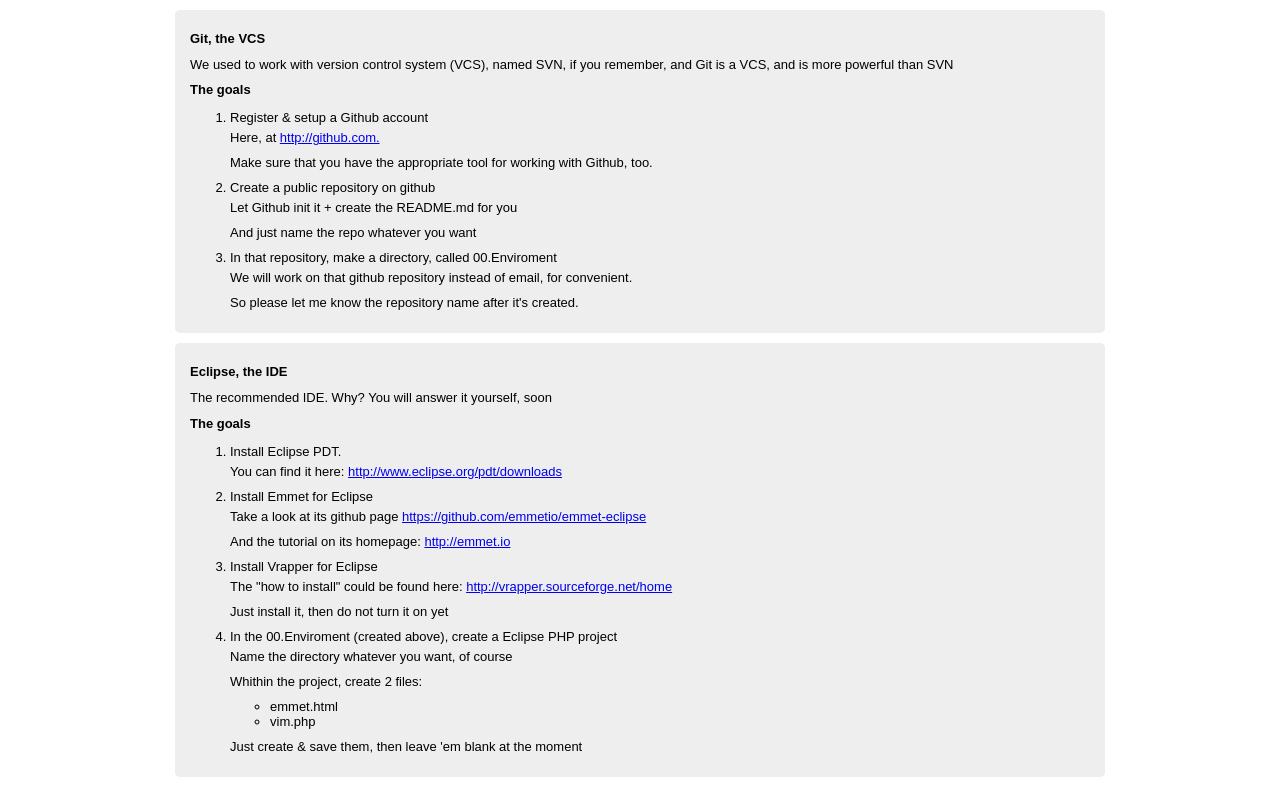
Repository: mrdo2010vn/00.enviroment
Page: 00.TestingEnviroment/emmet.html
These files come from the project's save history. The page is drawn as it stood at one moment and after the next save; the edit follows.
The browser window is 1280 px wide. The pictures show the whole page.

Above is the page before, as saved 2013-09-25 08:50:33.

### 00.TestingEnviroment/emmet.html
<!DOCTYPE html PUBLIC "-//W3C//DTD HTML 4.01 Transitional//EN" "http://www.w3.org/TR/html4/loose.dtd">
<html>
<head>
<meta http-equiv="Content-Type" content="text/html; charset=UTF-8">
<link rel="stylesheet" href="css/style.css" />
<title>00.Enviroment</title>
</head>
<body>
	<div class="part">
		<div class="title">
			<h2><span class="underscore">Git</span>, the VCS</h2>
			<p>We used to work with version control system (VCS), named SVN, if you remember, and Git is a VCS, and is more powerful than SVN</p>
		</div><!-- END .title -->
		<div class="content">
			<h2>The goals</h2>
			<ol>
				<li><span class="italic">Register & setup a Github account</span>
					<blockquote>
						<p>Here, at <a href="http://github.com">http://github.com.</a></p>
						<p>Make sure that you have the appropriate tool for working with Github, too.</p>
					</blockquote>
				</li>

				<li><span class="italic">Create a public repository on github</span>
					<blockquote>
						<p>Let Github init it + create the <span class="bold">README.md</span> for you</p>
						<p>And just name the repo whatever you want</p>
					</blockquote>
				</li>
				<li><span class="italic">In that repository, make a directory, called</span> <span class="bold italic">00.Enviroment</span>
					<blockquote>
						<p>We will work on that github repository instead of email, for convenient.</p>
						<p>So please let me know the repository name after it's created.</p>
					</blockquote>
				</li>
			</ol>
		</div><!-- END .content -->
	</div><!-- END .part -->

	<div class="part">
		<div class="title">
			<h2><span class="underscore">Eclipse</span>, the IDE</h2>
			<p>The recommended IDE. Why? You will answer it yourself, soon</p>
		</div><!-- END .title -->
		<div class="content">
			<h2>The goals</h2>
			<ol>
				<li><span class="italic">Install Eclipse PDT.</span>
					<blockquote>
						<p>You can find it here: <a href="http://www.eclipse.org/pdt/downloads">http://www.eclipse.org/pdt/downloads</a></p>
					</blockquote>
				</li>

				<li><span class="italic">Install Emmet for Eclipse</span>
					<blockquote>
						<p>Take a look at its github page <a href="https://github.com/emmetio/emmet-eclipse">https://github.com/emmetio/emmet-eclipse</a></p>
						<p>And the tutorial on its homepage: <a href="http://emmet.io">http://emmet.io</a></p>
					</blockquote>
				</li>
				<li><span class="italic">Install Vrapper for Eclipse</span>
					<blockquote>
						<p>The "how to install" could be found here: <a href="http://vrapper.sourceforge.net/home">http://vrapper.sourceforge.net/home</a></p>
						<p>Just install it, then <span class="bold">do not turn it on</span> yet</p>
					</blockquote>
				</li>
				<li><span class="italic">In the <span class="bold">00.Enviroment</span> (created above), create a Eclipse PHP project</span>
					<blockquote>
						<p>Name the directory whatever you want, of course</p>
						<p>Whithin the project, create 2 files:
							<ul>
								<li class="bold">emmet.html</li>
								<li class="bold">vim.php</li>
							</ul>
						</p>
						<p>Just create & save them, then leave 'em blank at the moment</p>
					</blockquote>
				</li>
			</ol>
		</div><!-- END .content -->
	</div><!-- END .part -->
</body>
</html>

### 00.TestingEnviroment/css/style.css
@CHARSET "UTF-8";

/* =============== HTML DEFAULT =============== */
html, body {
    margin: 0;
    padding: 0;
}
p, pre, blockquote{
    padding: 0;
    margin: 5px 0 10px 0;
}
html {
    font-size: 100%;
}
* {
	font-family: "Arial", sans-serif;
	font-size: 13px;
}

/* ================ PART ================ */
.part {
	width:900px;
	margin: 10px auto;
	padding: 10px 15px;
	background: #EEEEEE;
	border-radius: 5px;
}

After the next save:
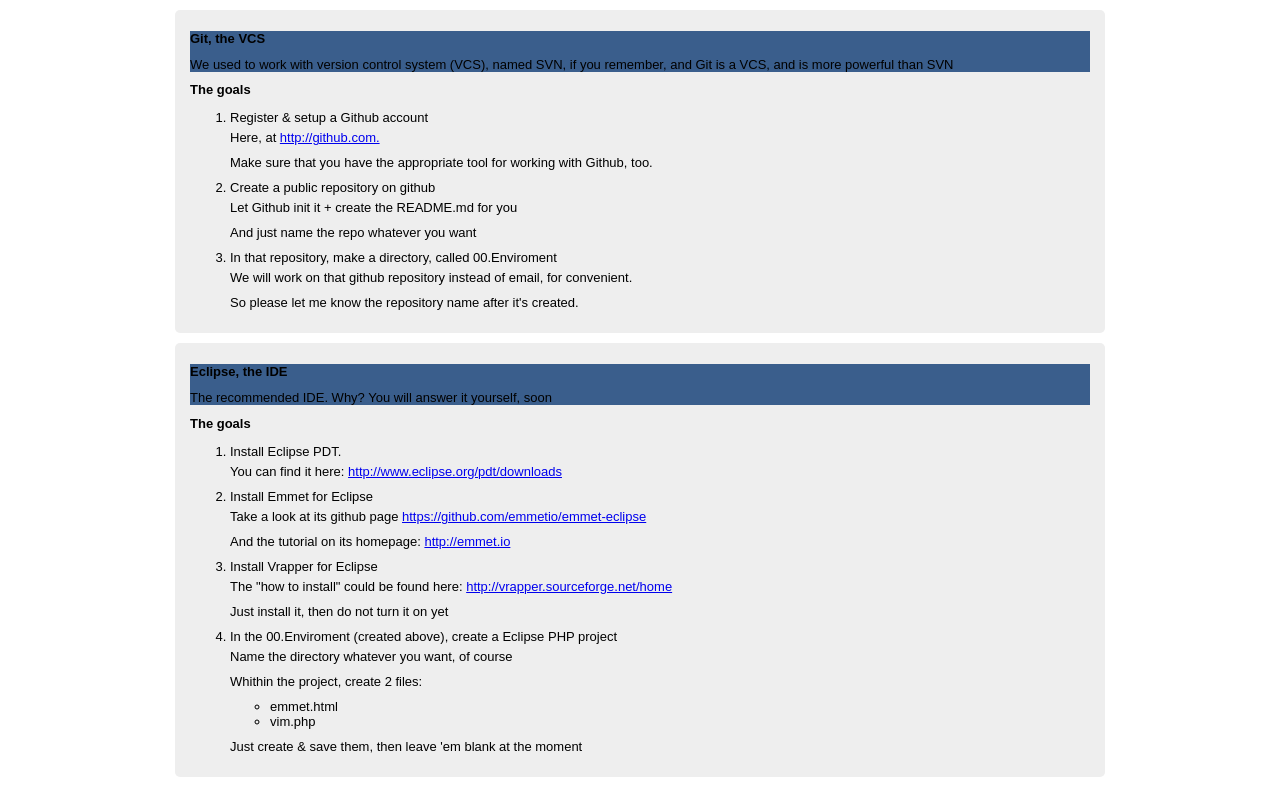
Saved 85 s later.
--- a/00.TestingEnviroment/css/style.css
+++ b/00.TestingEnviroment/css/style.css
@@ -25,3 +25,8 @@
 	background: #EEEEEE;
 	border-radius: 5px;
 }
+
+/* ================ TITILE ================ */
+.title {
+	background: #3A5E8C;
+}
